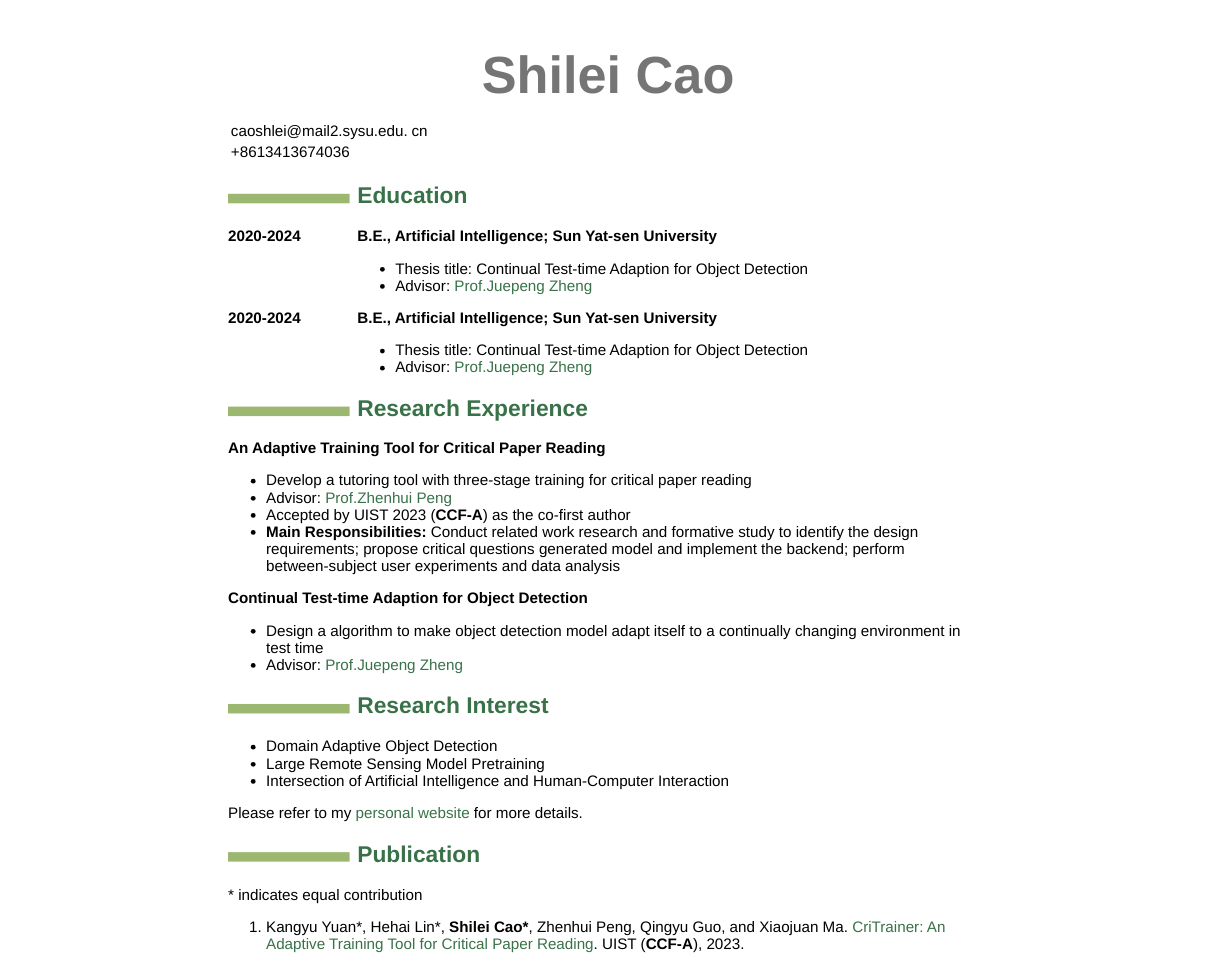
Repository: rssysu/rssysu.github.io
Page: assets/resume/csl.html
These files come from the project's save history. The page is drawn as it stood at one moment and after the next save; the edit follows.
The browser window is 1280 px wide. The pictures show the whole page, at 95% of full size.

Above is the page before, as saved 2024-08-04 13:22:50.

After the next save:
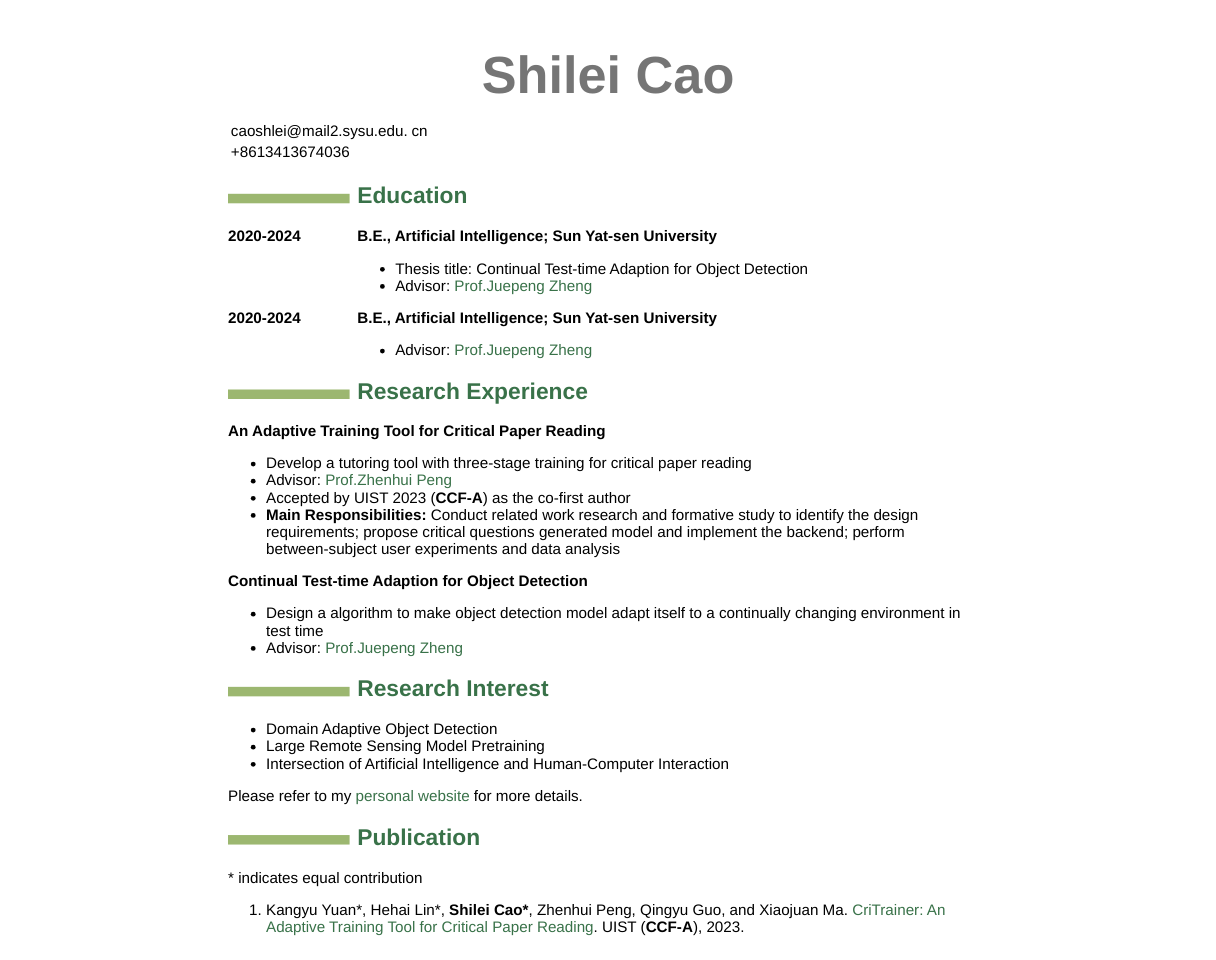
Saved 89 s later.
--- a/assets/resume/csl.html
+++ b/assets/resume/csl.html
@@ -58,7 +58,7 @@ Zheng</a></li>
   <p><strong>B.E., Artificial Intelligence; Sun Yat-sen
   University</strong></p>
   <ul>
-  <li>Thesis title: Continual Test-time Adaption for Object Detection</li>
+  <!-- <li>Thesis title: Continual Test-time Adaption for Object Detection</li> -->
   <li>Advisor: <a
   href="https://hail-alloy-af4.notion.site/Juepeng-Zheng-d3b70a4b409145139c91e55813cc80fa">Prof.Juepeng
   Zheng</a></li>
